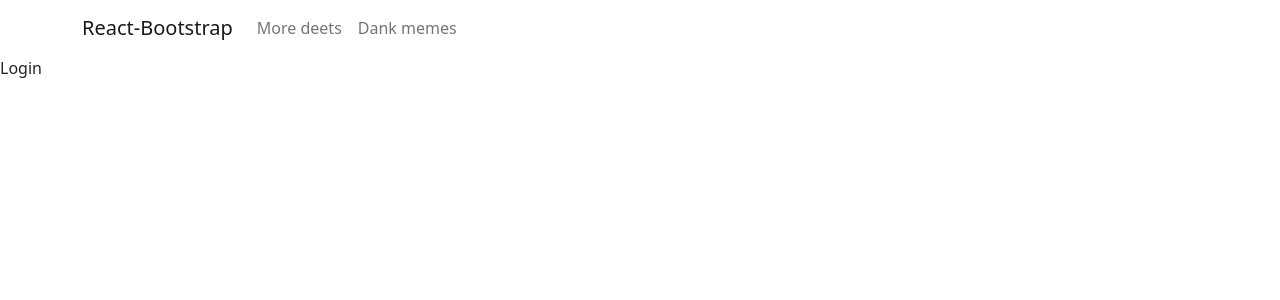
Repository: RubaHusam/MERN-Auth
Page: /login (app in frontend/)
These files come from the project's save history. The page is drawn as it stood at one moment and after the next save; the edit follows.
The browser window is 1280 px wide. The pictures show the whole page.
The project was rebuilt for these pictures with package versions that can differ from the ones it lists, and the page was loaded fresh each time.

Above is the page before, as saved 2023-01-27 18:02:40.

After the next save:
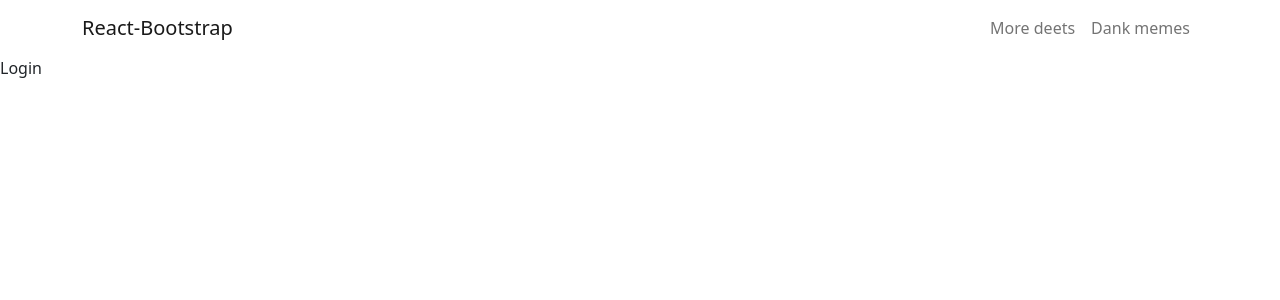
Saved 41 s later.
--- a/frontend/src/components/Layout/Header.js
+++ b/frontend/src/components/Layout/Header.js
@@ -9,7 +9,7 @@ export default function Header() {
           <Navbar.Brand href='#home'>React-Bootstrap</Navbar.Brand>
           <Navbar.Toggle aria-controls='responsive-navbar-nav' />
           <Navbar.Collapse id='responsive-navbar-nav'>
-            <Nav style={{ display: 'flex', justifyContent: 'right' }}>
+            <Nav style={{ display: 'flex', justifyContent: 'right', width:'100%' }}>
               <Nav.Link href='#deets'>More deets</Nav.Link>
               <Nav.Link eventKey={2} href='#memes'>
                 Dank memes
